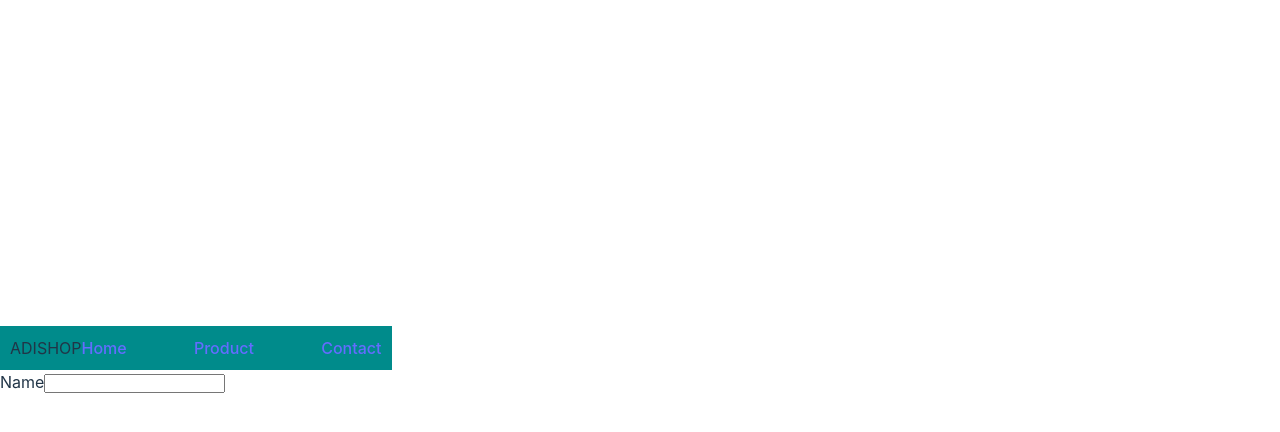
Repository: Aditya0377/React-ecommercewebsite
Page: /contact (app in ecommerce/)
These files come from the project's save history. The page is drawn as it stood at one moment and after the next save; the edit follows.
The browser window is 1280 px wide. The pictures show the whole page.
The project was rebuilt for these pictures with package versions that can differ from the ones it lists, and the page was loaded fresh each time. Also part of the build but not shown: ecommerce/vite.config.js, ecommerce/src/components/Home.jsx, ecommerce/src/components/Product.css, ecommerce/src/components/Product.jsx.

Above is the page before, as saved 2025-01-21 15:42:28.

### ecommerce/src/main.jsx
import { BrowserRouter } from 'react-router-dom'
import { createRoot } from 'react-dom/client'
import './index.css'
import App from './App.jsx'

createRoot(document.getElementById('root')).render(
  <BrowserRouter>
    <App />
  </BrowserRouter>


)

### ecommerce/src/App.jsx
import React from 'react'
import Header from './components/Header'
import { Routes, Route } from 'react-router-dom'
import Home from './components/Home'
import Product from './components/Product'
import Contact from './components/Contact'

const App = () => {
  return (
    <div>
      <Header />
      <Routes>
        <Route path='/' element={<Home />} />
        <Route path='/product' element={<Product />} />
        <Route path='/contact' element={<Contact />} />

      </Routes>
    </div>
  )
}

export default App

### ecommerce/src/components/Header.jsx
import React from 'react'
import "./Header.css"
import { Link } from "react-router-dom"
const Header = () => {
    return (
        <div className='nav'>
            <div className="logo">ADISHOP</div>
            <div className="menu">
                <ul>
                    <li>
                        <Link to='/'>Home</Link>
                    </li>
                    <li>
                        <Link to='/product'>Product</Link>
                    </li>
                    <li>
                        <Link to='/contact'>Contact</Link>

                    </li>
                </ul>
            </div>
        </div>
    )
}

export default Header

### ecommerce/src/components/Contact.jsx
import React from 'react'

const Contact = () => {
    return (
        <div className='paradiv'>
            <form className='contact'>
                <label>Name</label>
                <input type='text' />
            </form>
        </div>
    )
}

export default Contact

### ecommerce/src/components/Header.css
*{
    box-sizing: border-box;
    margin: 0px;
    padding: 0px;
}

.nav{
    padding:10px;
    display: flex;
    justify-content: space-between;
    align-items: center;
    background-color: darkcyan;
}
.menu ul {
    list-style: none;
    display: flex;
    width: 300px;
    justify-content: space-between;
}

Loaded but not shown: ecommerce/index.html (common file); ecommerce/src/index.css (common file); ecommerce/src/components/Home.css (no stored copy; drawn as an empty file)

After the next save:
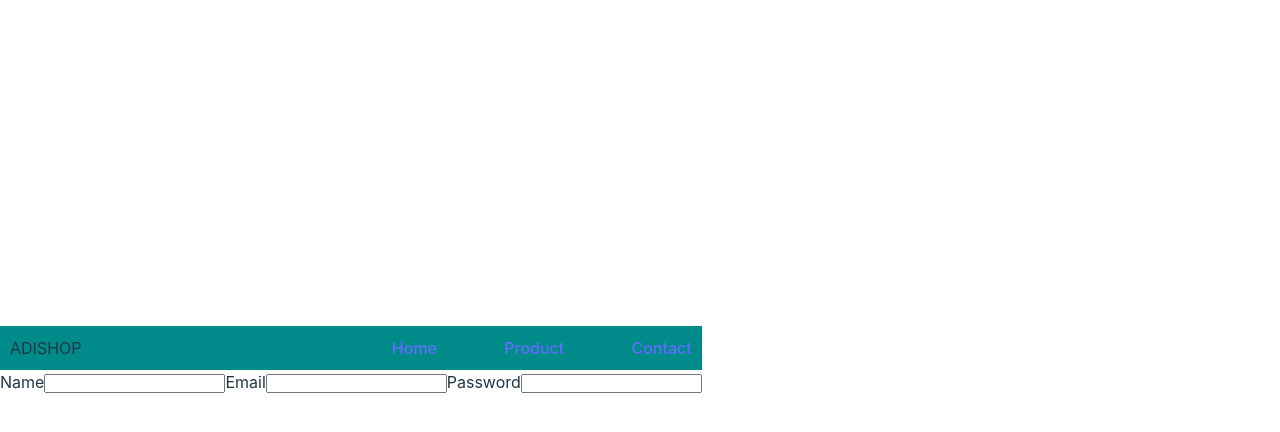
Saved 66 s later.
--- a/ecommerce/src/components/Contact.jsx
+++ b/ecommerce/src/components/Contact.jsx
@@ -6,6 +6,10 @@ const Contact = () => {
             <form className='contact'>
                 <label>Name</label>
                 <input type='text' />
+                <label>Email</label>
+                <input type='email' />
+                <label>Password</label>
+                <input type='password' />
             </form>
         </div>
     )
